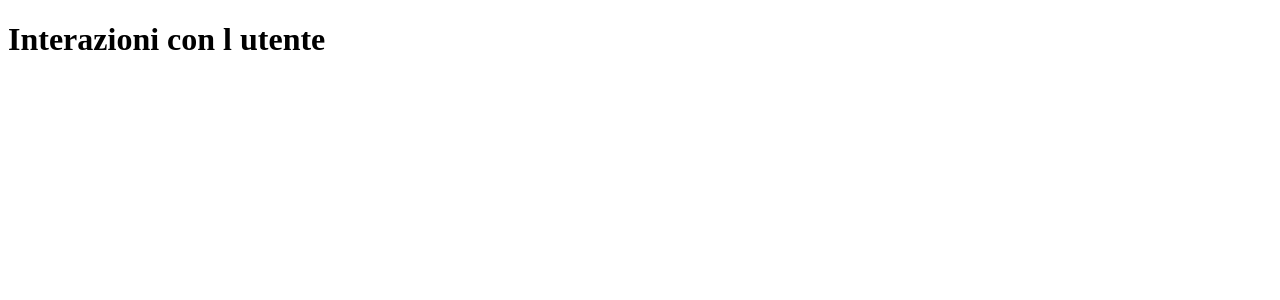
Repository: daniells-21/Pre-Corso-Ch2
Page: Pre-Corso.Ch2/index.html
The author's editor kept a copy of each file at every save. The page is drawn from the files as they stood at one save, then again after the next save.
The browser window is 1280 px wide. The pictures show the whole page.

Above is the page before, as saved 2023-04-09 17:35:51.

### Pre-Corso.Ch2/index.html
<!DOCTYPE html>
<html lang="en">
<head>
    <meta charset="UTF-8">
    <meta http-equiv="X-UA-Compatible" content="IE=edge">
    <meta name="viewport" content="width=device-width, initial-scale=1.0">
    <title>Form e input fields</title>
</head>
<body>
    <h1>Interazioni con l utente</h1>
    <div>

    </div>

</body>
</html>

After the next save:
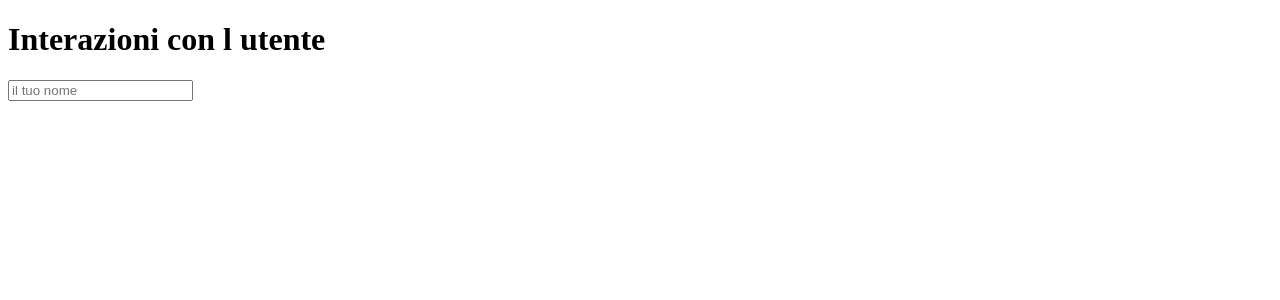
Saved 55 s later.
--- a/Pre-Corso.Ch2/index.html
+++ b/Pre-Corso.Ch2/index.html
@@ -8,9 +8,7 @@
 </head>
 <body>
     <h1>Interazioni con l utente</h1>
-    <div>
-
-    </div>
+    <input type="text" placeholder="il tuo nome"/>
 
 </body>
 </html>
